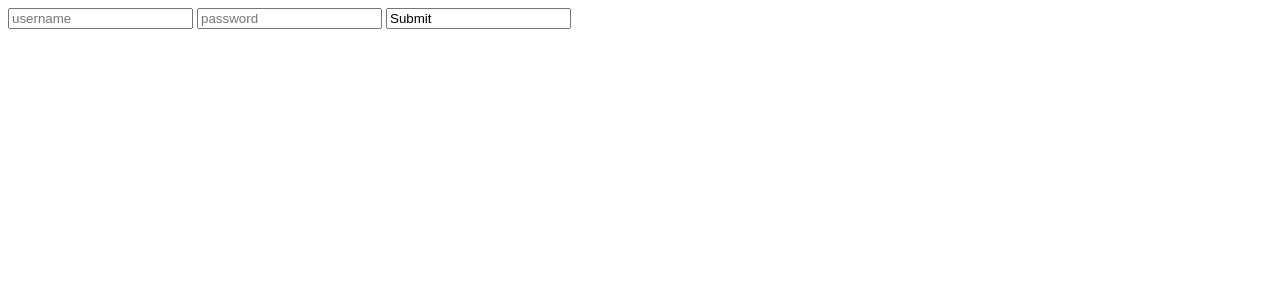
Repository: siddhesh999/SPRING-MVC
Page: http://localhost/springmvc/login.jsp
The author's editor kept a copy of each file at every save. The page is drawn from the files as they stood at one save, then again after the next save.
The browser window is 1280 px wide. The pictures show the whole page.
The page is served by Tomcat 9.

Above is the page before, as saved 2022-01-06 09:55:40.

After the next save:
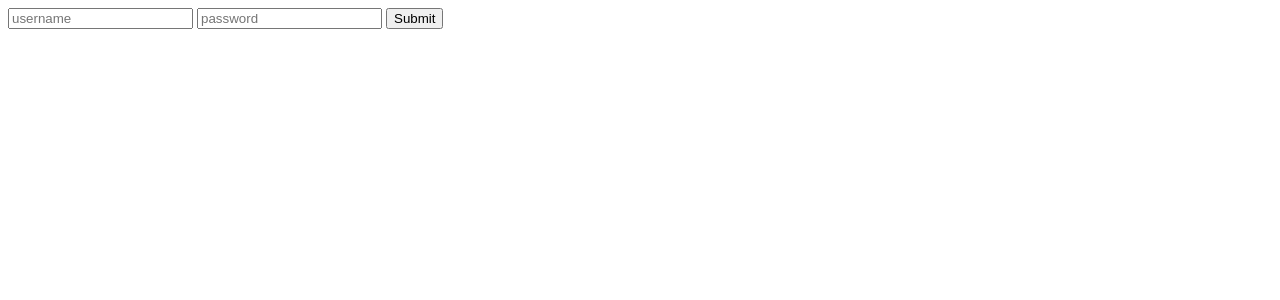
Saved 57 s later.
--- a/springmvc/src/main/webapp/login.jsp
+++ b/springmvc/src/main/webapp/login.jsp
@@ -10,7 +10,7 @@
 	<form action="./login" method="post">
 		<input type="text" name="user" placeholder="username"> <input
 			type="text" name="pass" placeholder="password"> <input
-			type="text" name="submit" value="Submit">
+			type="submit"  value="Submit">
 
 	</form>
 </body>
